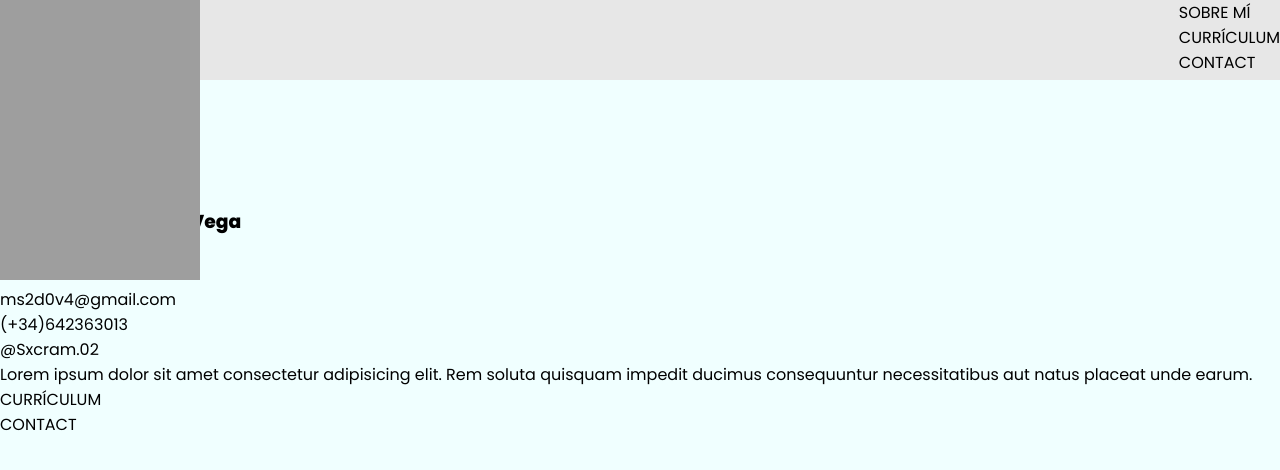
Repository: Sxcram02/Portfoliov.2
Page: index.html
These files come from the project's save history. The page is drawn as it stood at one moment and after the next save; the edit follows.
The browser window is 1280 px wide. The pictures show the whole page.
Pictures or frames that could not be fetched are drawn as grey boxes.

Above is the page before, as saved 2023-04-10 23:46:07.

After the next save:
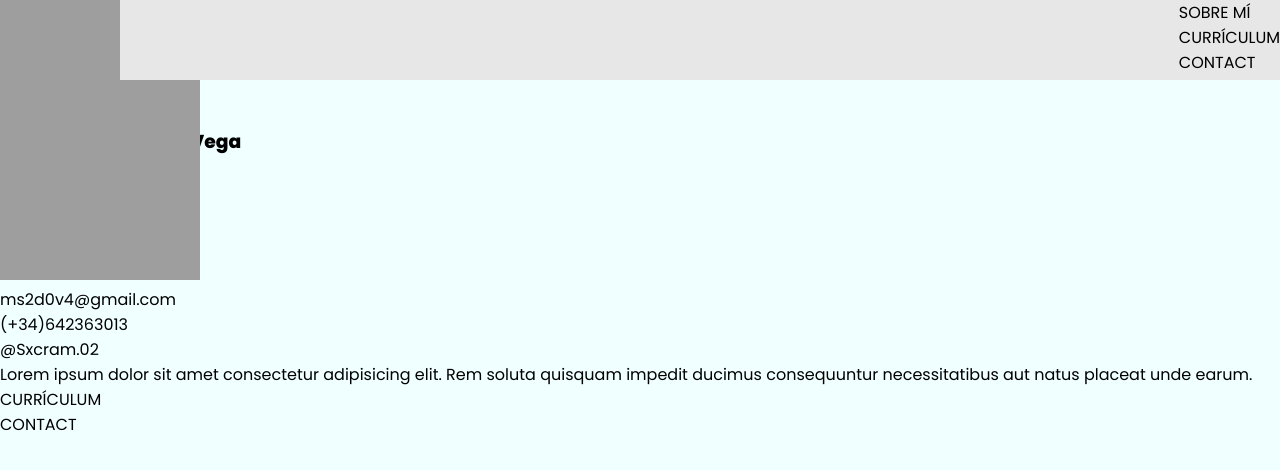
Saved 9 s later.
--- a/css/style.css
+++ b/css/style.css
@@ -24,5 +24,5 @@ header {
 }
 
 .box-porfile > img {
-
+    width: 120px;
 }
